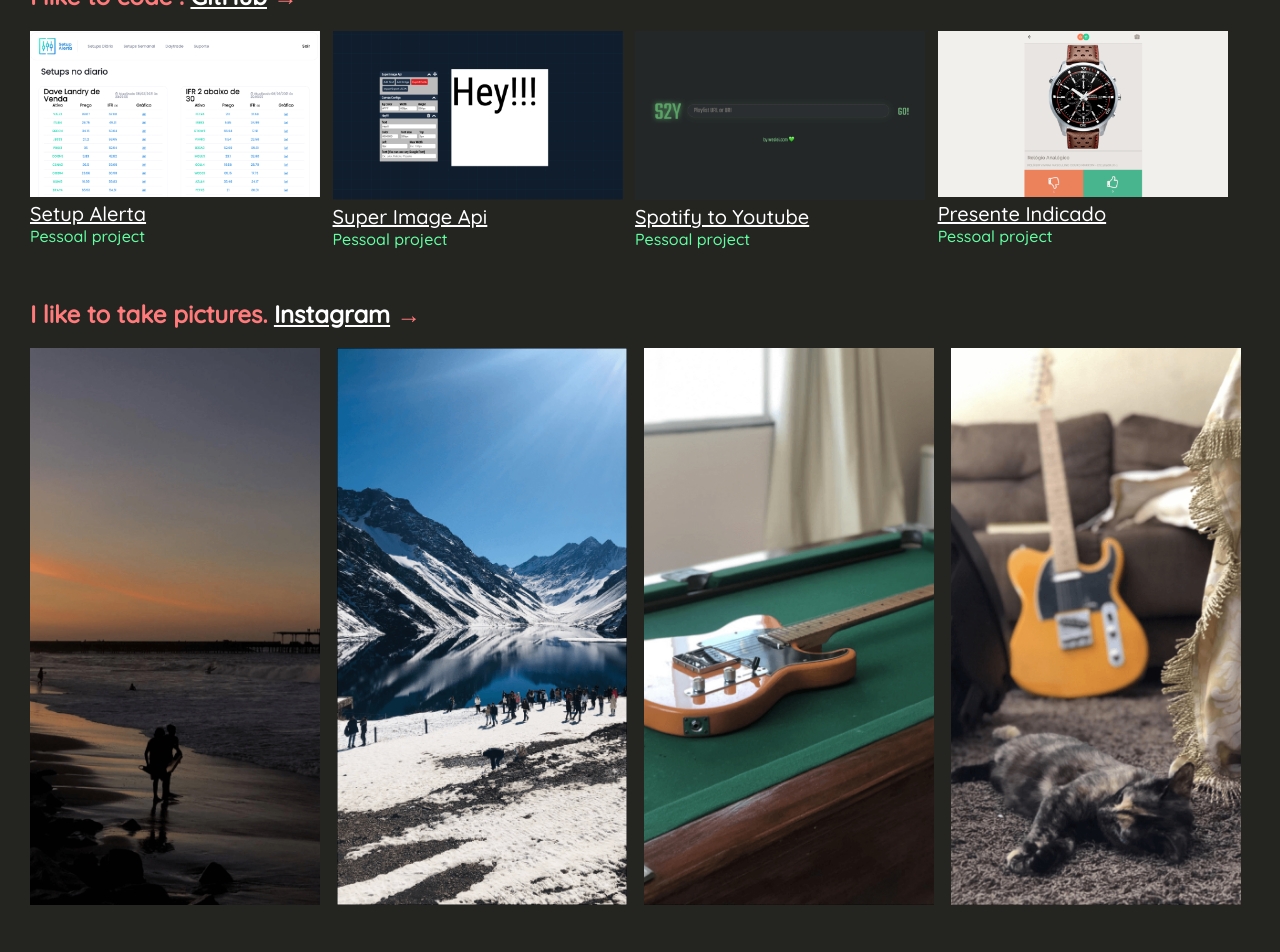
Repository: wprudencio/mywebsite
Page: index_src.html
An editor plug-in stored every save of this project. The page is shown before and after the next save, followed by the edit.
The browser window is 1280 px wide. The pictures show the part of the page from y = 359 to 1311 px (the page is 1962 px tall before and 2060 px after).

Above is the page before, as saved 2021-04-15 21:23:19.

### index_src.html
<!DOCTYPE html>
<html lang="en">
  <head>
    <meta charset="UTF-8" />
    <meta name="viewport" content="width=device-width, initial-scale=1.0" />
    <meta http-equiv="X-UA-Compatible" content="ie=edge" />
    <meta name="description" content="Software Developer with a Passion for Music. I like math, design, music, photography, technology and sports.">
    <meta name="keywords" content="Software Engineer,nodejs,node,node.js,javascript,react,react-native,react,postgree,dokku,docker,css,html,fullstack,fullstack developer">
    <title>Weslei Prudencio - Fullstack Developer</title>
    <link rel="stylesheet" type="text/css" href="style.css" />
    <link rel="preconnect" href="https://fonts.gstatic.com" />
    <link rel="shortcut icon" href="img/favicon.ico">
    <link
      href="https://fonts.googleapis.com/css2?family=Quicksand:wght@500&display=swap"
      rel="stylesheet"
    />
  </head>
  <body>
    <div class="header">
      <div class="titles">
        <h1 class="title">I'm Weslei Prudencio</h1>
        <div class="subtile subcolor">
          Software Developer with a Passion for Music. Living in <a target="_blank" href="https://www.google.com/maps/search/fortaleza/@-3.7402515,-38.5448821,14.12z">Fortaleza</a>,
          Brazil. I like math, design, music, photography, technology and sports.
        </div>
        <div class="social-links">
          <a target="_blank" href="/img/contactme.png">Email</a> . <a target="_blank" href="https://api.whatsapp.com/send?phone=+5585997731370&text=hey!"> Whatsapp</a> . <a target="_blank" href="https://github.com/wprudencio">Github</a> .
          <a target="_blank" href="https://stackoverflow.com/users/1723176/weslei-prudencio">Stackoverflow</a> . <a target="_blank" href="https://www.instagram.com/wesprudencio/">Instagram</a> .
          <a target="_blank" href="https://www.youtube.com/user/wesleiwpa">Youtube</a> . <a target="_blank" href="https://www.strava.com/athletes/46133690">Strava</a>
        </div>
      </div>
      <div class="profile-picture"><img src="./img/weslei.png" /></div>
    </div>

    <section class="code">
      <h1 class="title">
        I like to code . <a href="https://github.com/wprudencio" target="_blank" class="subcolor">GitHub</a>
        <span class="hide-on-mobile">→</span>
      </h1>
      <div class="hide-on-mobile">

        <div class="code-content">
          <img src="img/screenshot_setupalerta.png" width="300" />
          <div class="title"><a class="title" href="https://www.setupalerta.com.br">Setup Alerta</a></div>
          <div class="subtitle">Pessoal project</div>
          <!-- <div class="description">
            Software Developer with a Passion for Design. Living in Fortaleza,
            Brazil. I like math, design, technology, and found in software
            development the perfect balance. Django
          </div> -->
        </div>
        <div class="code-content">
          <img src="img/screenshot_superimageapi.png" width="300" />
          <div class="title"><a class="title" href="https://superimageapi.weslei.com/">Super Image Api</a></div>
          <div class="subtitle">Pessoal project</div>
          <!-- <div class="description">
            Software Developer with a Passion for music and design. Living in Fortaleza,
            Brazil. I like music, design, technology, and found in software
            development the perfect balance. Django
          </div> -->
        </div>
        <div class="code-content">
          <img src="img/screenshot_s2y.png" width="300" />
          <div class="title"><a class="title" href="https://spotifytoyoutube.weslei.com/">Spotify to Youtube</a></div>
          <div class="subtitle">Pessoal project</div>
          <!-- <div class="description">
            Software Developer with a Passion for Design. Living in Fortaleza,
            Brazil. I like math, design, technology, and found in software
            development the perfect balance. Django
          </div> -->
        </div>
        <div class="code-content">
          <img src="img/screenshot_presenteindicado.png" width="300" />
          <div class="title"><a class="title" href="https://presenteindicado.herokuapp.com/">Presente Indicado</a></div>
          <div class="subtitle">Pessoal project</div>
          <!-- <div class="description">
            Software Developer with a Passion for music and design. Living in Fortaleza,
            Brazil. I like music, design, technology, and found in software
            development the perfect balance. Django
          </div> -->
        </div>

        <!-- <div class="code-content">
          <img src="img/screenshot_s2y.png" width="300" />
          <div class="title">Setup Alerta</div>
          <div class="subtitle">Pessoal project</div>
          <div class="description">
            Software Developer with a Passion for Design. Living in Fortaleza,
            Brazil. I like math, design, technology, and found in software
            development the perfect balance. Django
          </div>
        </div> -->
      </div>
    </section>

    <section class="photo">
      <h1 class="title">
        I like to take pictures. <a href="https://www.instagram.com/wesprudencio/" target="_blank" class="subcolor">Instagram</a href="">
        <span class="hide-on-mobile">→</span>
      </h1>
      <div class="section-content hide-on-mobile">
        <img src="img/photo1.png" />
        <img src="img/photo2.png" />
        <img src="img/photo3.png" />
        <img src="img/photo4.png" />
      </div>
    </section>
    <section class="music">
      <h1 class="title">
        I like to play . <a href="https://www.youtube.com/user/wesleiwpa" target="_blank" class="subcolor">YouTube</a>
        <span class="hide-on-mobile">→</span>
      </h1>
      <div class="section-content hide-on-mobile">
        <iframe
          src="https://www.youtube.com/embed/yPIpGEmBJB4"
          frameborder="0"
          allow="accelerometer; autoplay; clipboard-write; encrypted-media; gyroscope; picture-in-picture"
          allowfullscreen
        ></iframe>
        <iframe
          src="https://www.youtube.com/embed/cLxHDwdbUxs"
          frameborder="0"
          allow="accelerometer; autoplay; clipboard-write; encrypted-media; gyroscope; picture-in-picture"
          allowfullscreen
        ></iframe>
        <iframe
          src="https://www.youtube.com/embed/GoNQzONj6T8"
          frameborder="0"
          allow="accelerometer; autoplay; clipboard-write; encrypted-media; gyroscope; picture-in-picture"
          allowfullscreen
        ></iframe>
        <iframe
          src="https://www.youtube.com/embed/zvhm4AExjm4"
          frameborder="0"
          allow="accelerometer; autoplay; clipboard-write; encrypted-media; gyroscope; picture-in-picture"
          allowfullscreen
        ></iframe>
      </div>
    </section>

    <footer>Made with love in 🇧🇷</footer>


<!-- Global site tag (gtag.js) - Google Analytics -->
<script async src="https://www.googletagmanager.com/gtag/js?id=G-LMNC2LT64Z"></script>
<script>
  window.dataLayer = window.dataLayer || [];
  function gtag(){dataLayer.push(arguments);}
  gtag('js', new Date());

  gtag('config', 'G-LMNC2LT64Z');
</script><!-- Global site tag (gtag.js) - Google Analytics -->
<script async src="https://www.googletagmanager.com/gtag/js?id=G-LMNC2LT64Z"></script>
<script>
  window.dataLayer = window.dataLayer || [];
  function gtag(){dataLayer.push(arguments);}
  gtag('js', new Date());

  gtag('config', 'G-LMNC2LT64Z');
</script>
  </body>
</html>

### style.css
body {
  background-color: #242421;
  font-family: "Quicksand", sans-serif;
  color: #ff7a7a;
  max-width: 1400px;
  margin: 0 auto;
  padding: 30px;
}
section {
  margin-top: 50px;
}
a {
  color: #ffff;
}

.social-links {
  padding-top: 17px;
}

.header {
  display: flex;
  flex-direction: row;
  margin: auto;
}

.code > div {
  display: flex;
}

.code-content {
  max-width: 23.8%;
}

.code-content:not(:first-child) {
  padding-left: 1%;
}

.code-content > img {
  width: 100%;
}

.code-content .title {
  font-size: 20px;
}

.code-content .subtitle {
  color: #62ffa1;
}

.code-content .description {
  color: #ffff;
}

.header .titles {
  margin: auto 0;
}

.header .subtile {
  margin-right: 50px;
}

.profile-picture > img {
  width: 256px;
  margin: auto;
}

section.photo img {
  width: 23.8%;

  margin: auto;
}

section.photo img:not(:last-child) {
  padding-right: 1%;
}

section.music iframe {
  width: 23.8%;
  height: 500px;
}

section.music iframe:not(:last-child) {
  padding-right: 1%;
}
footer {
  margin-top: 40px;
}

@media only screen and (min-width: 1077px) {
}

@media only screen and (max-width: 800px) {
  .hide-on-mobile {
    display: none !important;
  }

  .profile-picture > img {
    width: 120px;
    margin: auto;
  }
}

After the next save:
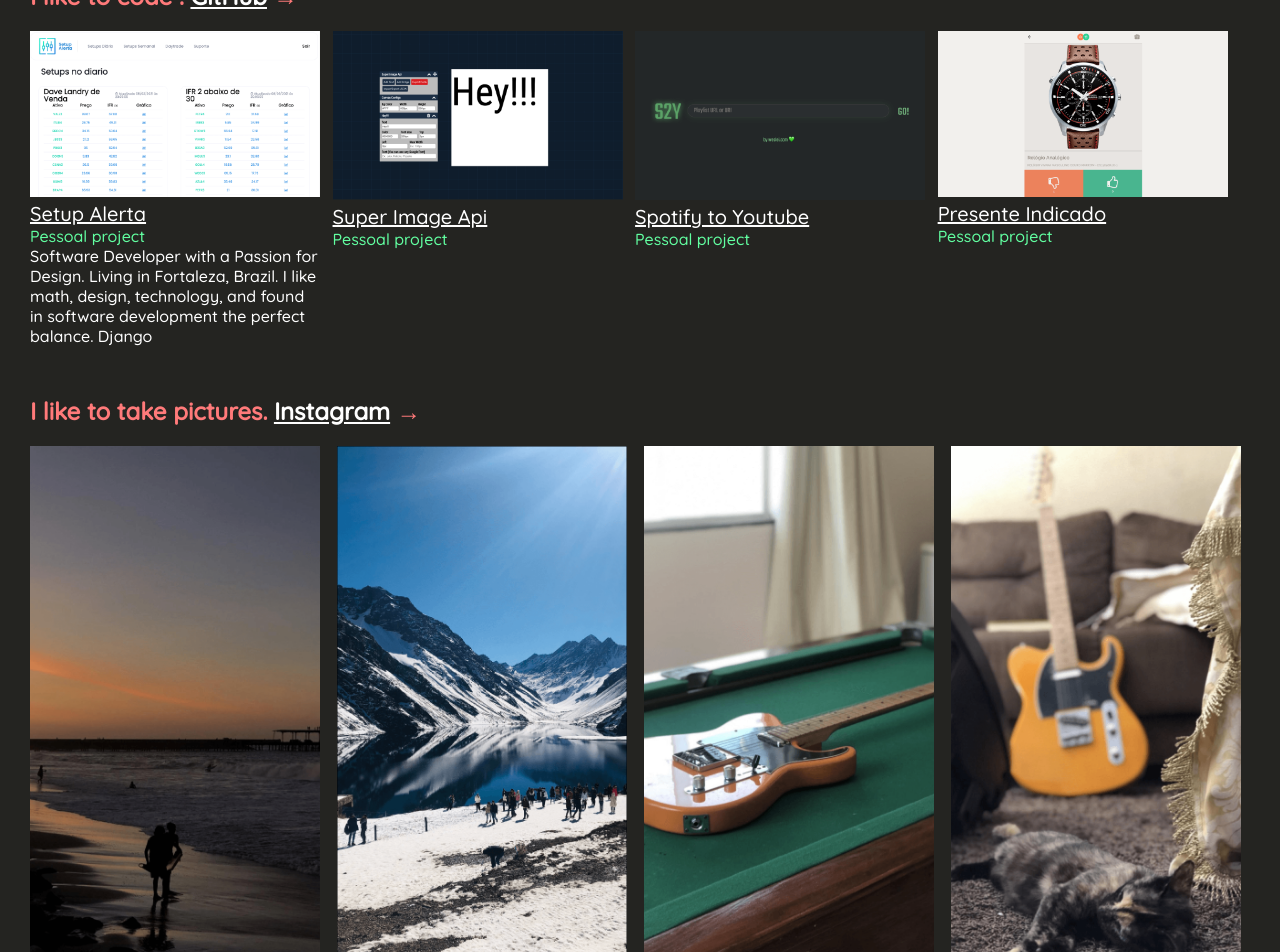
Saved 47 s later.
--- a/index_src.html
+++ b/index_src.html
@@ -43,11 +43,11 @@
           <img src="img/screenshot_setupalerta.png" width="300" />
           <div class="title"><a class="title" href="https://www.setupalerta.com.br">Setup Alerta</a></div>
           <div class="subtitle">Pessoal project</div>
-          <!-- <div class="description">
+          <div class="description">
             Software Developer with a Passion for Design. Living in Fortaleza,
             Brazil. I like math, design, technology, and found in software
             development the perfect balance. Django
-          </div> -->
+          </div>
         </div>
         <div class="code-content">
           <img src="img/screenshot_superimageapi.png" width="300" />
